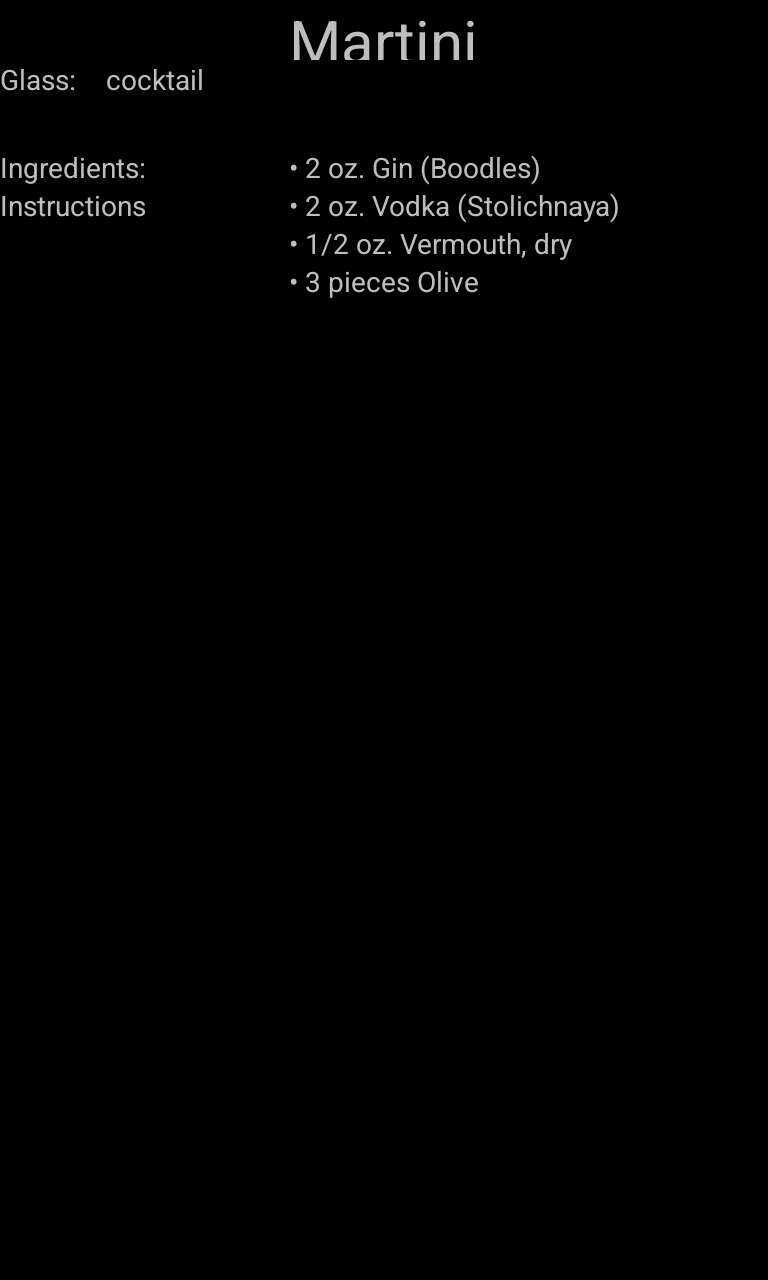
Repository: caltangelo/Drinkables
Layout: CocktailView/res/layout/main.xml
These files come from the project's save history. The layout is drawn as it stood at one moment and after the next save; the edit follows.
It is drawn on a 768 x 1280 px phone screen (xhdpi) without system bars, with theme android:Theme; the app's code is not run.

Above is the layout before, as saved 2011-09-22 20:37:08.

### CocktailView/res/layout/main.xml
<?xml version="1.0" encoding="utf-8"?>
<RelativeLayout xmlns:android="http://schemas.android.com/apk/res/android"
	android:orientation="vertical" android:layout_width="fill_parent"
	android:layout_height="fill_parent">
	<TextView android:id="@+id/drinkname" android:layout_height="30sp"
		android:textSize="30sp" android:text="@string/drink_name"
		android:layout_width="wrap_content" android:layout_alignParentTop="true"
		android:layout_centerHorizontal="true" />

	<TextView android:id="@+id/glass_label" android:layout_width="wrap_content"
		android:layout_height="wrap_content" android:layout_below="@id/drinkname"
		android:layout_alignParentLeft="true" android:text="Glass:" />
	<TextView android:id="@+id/glass_type"
		android:layout_toRightOf="@id/glass_label" android:text="@string/drink_glass"
		android:layout_height="wrap_content" android:layout_width="wrap_content"
		android:layout_alignTop="@id/glass_label" android:paddingLeft="15sp" />

	<TextView android:layout_height="wrap_content" android:id="@+id/ingredient_label"
		android:text="Ingredients: " android:layout_width="wrap_content"
		android:layout_below="@+id/glass_label"
		android:layout_alignParentLeft="true" android:layout_marginTop="25dp"/>
	<TableLayout android:layout_height="wrap_content" android:id="@+id/tableLayout1" android:layout_width="wrap_content" android:layout_alignTop="@+id/ingredient_label" android:layout_alignLeft="@+id/drinkname" android:layout_alignParentRight="true">
		<TableRow android:id="@+id/tableRow1" android:layout_width="wrap_content" android:layout_height="wrap_content">
			<TextView android:text="• 2 oz. Gin (Boodles)" android:id="@+id/textView1" android:layout_width="wrap_content" android:layout_height="wrap_content"/>
		</TableRow>
		<TableRow android:id="@+id/tableRow2" android:layout_width="wrap_content" android:layout_height="wrap_content">
			<TextView android:text="• 2 oz. Vodka (Stolichnaya)" android:id="@+id/textView2" android:layout_width="wrap_content" android:layout_height="wrap_content"></TextView>
		</TableRow>
		<TableRow android:id="@+id/tableRow3" android:layout_width="wrap_content" android:layout_height="wrap_content">
			<TextView android:text="• 1/2 oz. Vermouth, dry" android:id="@+id/textView3" android:layout_width="wrap_content" android:layout_height="wrap_content"></TextView>
		</TableRow>
		<TableRow android:id="@+id/tableRow4" android:layout_width="wrap_content" android:layout_height="wrap_content">
			<TextView android:text="• 3 pieces Olive" android:id="@+id/textView4" android:layout_width="wrap_content" android:layout_height="wrap_content"></TextView>
		</TableRow>
	</TableLayout>

	<TextView android:id="@+id/instruction_label" android:layout_height="wrap_content" android:layout_width="wrap_content"
		android:layout_below="@id/ingredient_label" android:layout_alignParentLeft="true" android:text="Instructions"/>

</RelativeLayout>

### CocktailView/res/values/strings.xml
<?xml version="1.0" encoding="utf-8"?>
<resources>
    <string name="hello">Hello World, CocktailViewActivity!</string>
    <string name="app_name">CocktailView</string>
    <string name="drink_name">Martini</string>
    <string name="drink_glass">cocktail</string>
    <string-array name="drink_ingredients">
        <item>2 oz. Gin (Boodles)</item>
        <item>2 oz. Vodka (Stolichnaya)</item>
        <item>1/2 oz. Vermouth, dry</item>
        <item>3 pieces Olive</item>
    </string-array>
    <string name="drink_instructions">Add ingredients (except for olives) to a cocktail shaker, shake and strain into a chilled cocktail glass.  Add olives as garnish.</string>
</resources>

After the next save:
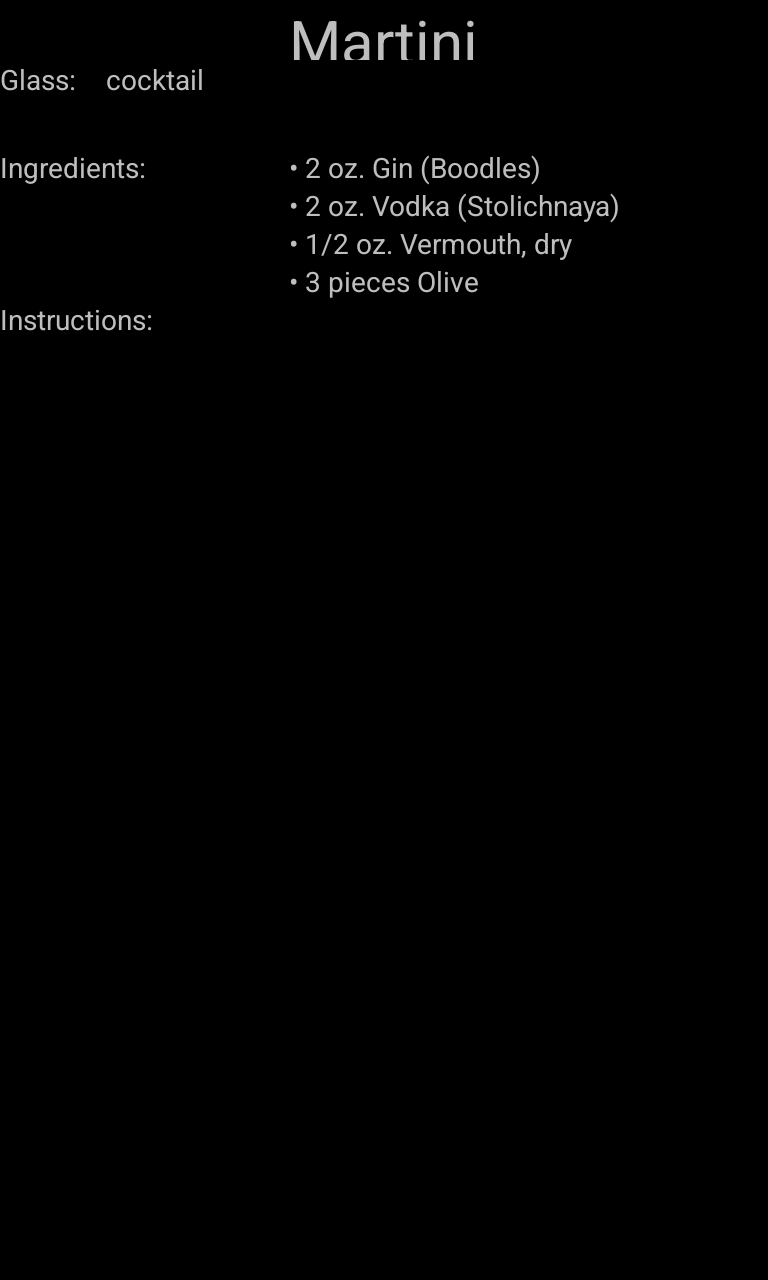
Saved 58 s later.
--- a/CocktailView/res/layout/main.xml
+++ b/CocktailView/res/layout/main.xml
@@ -19,7 +19,7 @@
 		android:text="Ingredients: " android:layout_width="wrap_content"
 		android:layout_below="@+id/glass_label"
 		android:layout_alignParentLeft="true" android:layout_marginTop="25dp"/>
-	<TableLayout android:layout_height="wrap_content" android:id="@+id/tableLayout1" android:layout_width="wrap_content" android:layout_alignTop="@+id/ingredient_label" android:layout_alignLeft="@+id/drinkname" android:layout_alignParentRight="true">
+	<TableLayout android:layout_height="wrap_content" android:id="@+id/ingredient_table" android:layout_width="wrap_content" android:layout_alignTop="@+id/ingredient_label" android:layout_alignLeft="@+id/drinkname" android:layout_alignParentRight="true">
 		<TableRow android:id="@+id/tableRow1" android:layout_width="wrap_content" android:layout_height="wrap_content">
 			<TextView android:text="• 2 oz. Gin (Boodles)" android:id="@+id/textView1" android:layout_width="wrap_content" android:layout_height="wrap_content"/>
 		</TableRow>
@@ -35,6 +35,6 @@
 	</TableLayout>
 
 	<TextView android:id="@+id/instruction_label" android:layout_height="wrap_content" android:layout_width="wrap_content"
-		android:layout_below="@id/ingredient_label" android:layout_alignParentLeft="true" android:text="Instructions"/>
+		android:layout_below="@id/ingredient_table" android:layout_alignParentLeft="true" android:text="Instructions: "/>
 
 </RelativeLayout>
